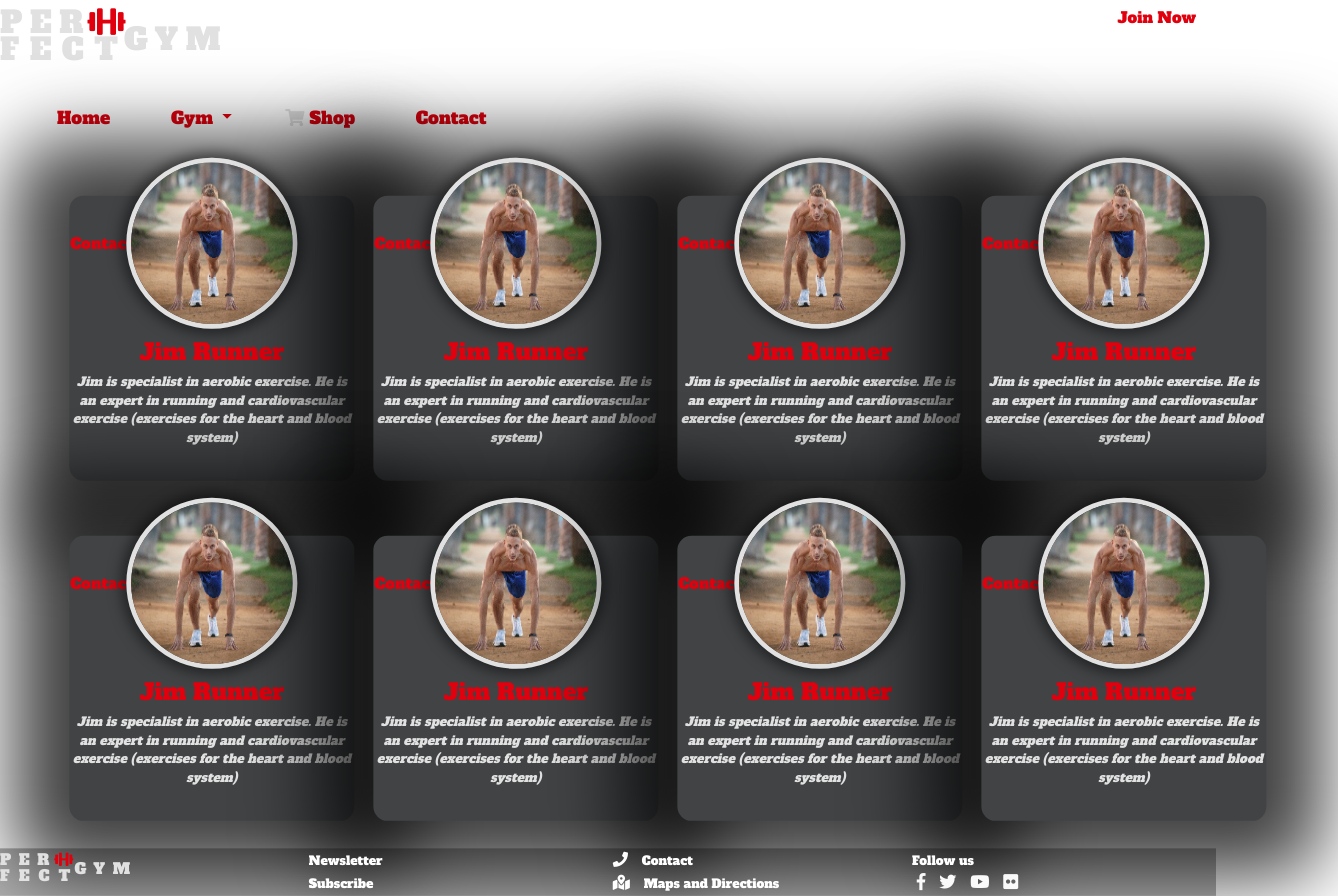
Repository: meghdadyazdi/UCFD-Milestone
Page: activities.html
The author's editor kept a record of every edit. The page is drawn from the files as they stood at one moment, then again after the next edit.
The browser window is 1280 px wide. The page is 1408 px wide, so the pictures cover 1408 px, including what lies to the right of the window. The pictures show the whole page, at 95% of full size.
Some web libraries are served in a nearby version.

Above is the page before.

After the next edit:
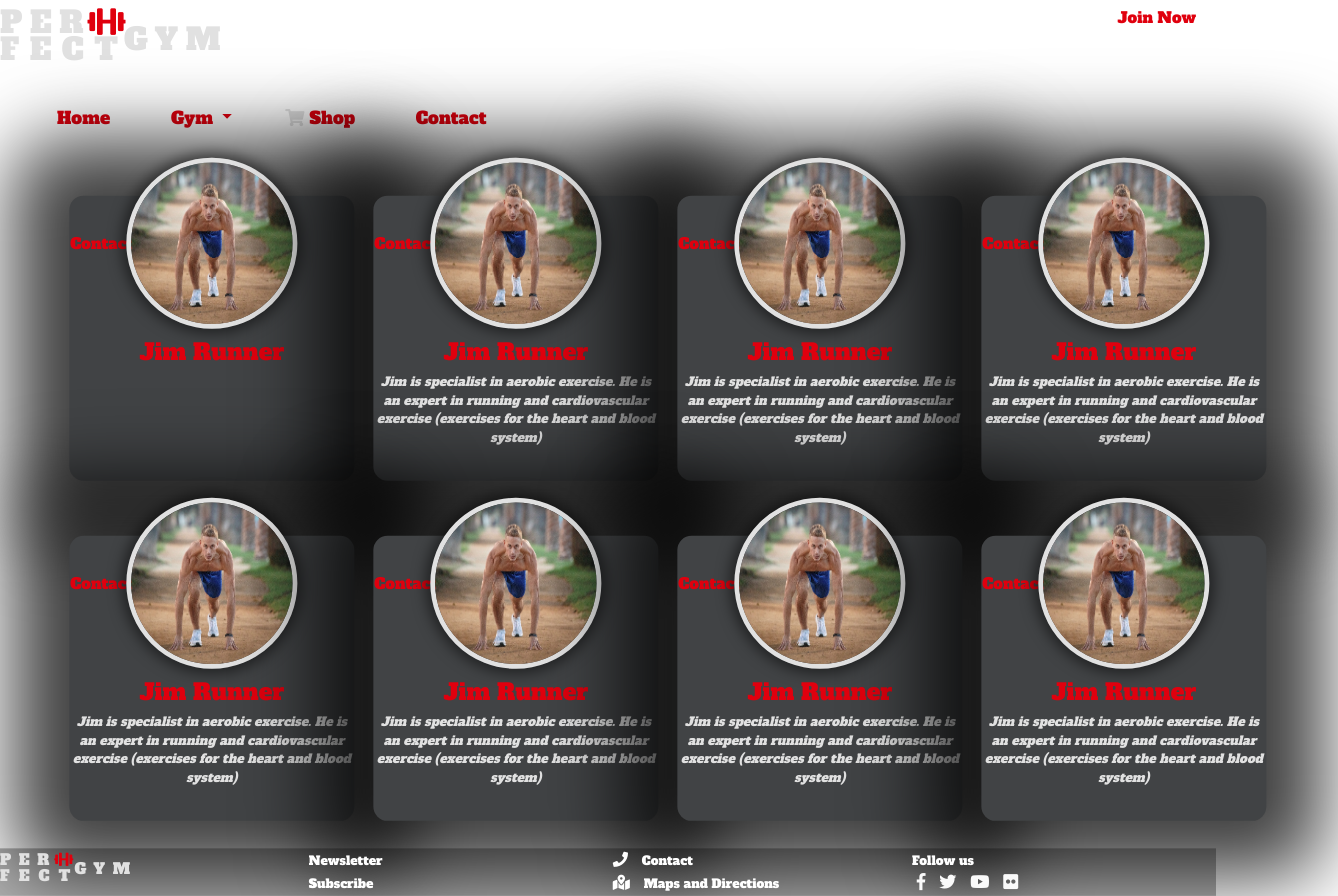
The edit:
--- a/activities.html
+++ b/activities.html
@@ -72,9 +72,9 @@
             <div class="box">
                     <img src="images/trainer1.jpg" class="trainer"></img>
                     <h2>Jim Runner</h2>
-                    <p class="">
-                        Jim is specialist in aerobic exercise. He is an expert in running and cardiovascular exercise (exercises for the heart and blood system)
-                    </p>
+                    <!--<p class="">-->
+                    <!--    Jim is specialist in aerobic exercise. He is an expert in running and cardiovascular exercise (exercises for the heart and blood system)-->
+                    <!--</p>-->
                     <a href="#" class="btn p-0 m-0" data-toggle="modal" data-target="#join-us-modal">Contact him</a>
                 </div>
         </div>
